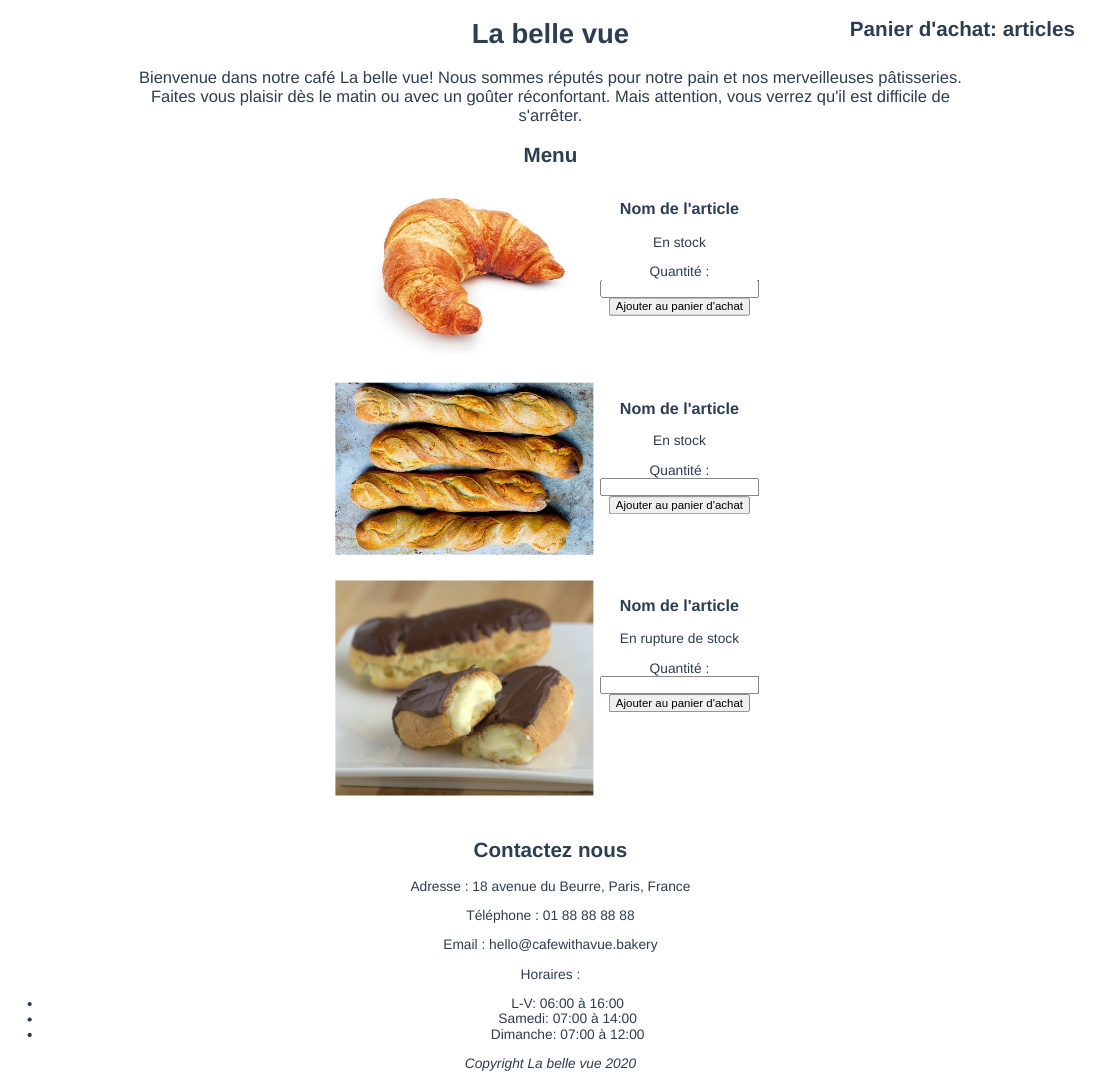
Repository: arione15/OC-tuto_cafe-avec-vue_Vue.js
Page: Partie 1 Créez votre première app Vue.js/Vue-fr-P1C4-Begin/cafe-with-a-vue/index.html
An editor plug-in stored every save of this project. The page is shown before and after the next save, followed by the edit.
The browser window is 1280 px wide. The pictures show the whole page, at 86% of full size.

Above is the page before, as saved 2021-09-06 16:34:30.

### Partie 1 Créez votre première app Vue.js/Vue-fr-P1C4-Begin/cafe-with-a-vue/index.html
<!DOCTYPE html>
<html lang="en">

<head>
	<meta charset="UTF-8" />
	<meta name="viewport" content="width=device-width, initial-scale=1.0" />
	<meta http-equiv="X-UA-Compatible" content="ie=edge" />
	<link rel="stylesheet" href="./styles.css" />
	<title>Cafe with a Vue</title>
</head>

<body>
	<div id="app" class="app">
		<h1>{{ restaurantName }}</h1>
		<p class="description">
			Bienvenue dans notre café {{ restaurantName }}! Nous sommes réputés pour
			notre pain et nos merveilleuses pâtisseries. Faites vous plaisir dès le
			matin ou avec un goûter réconfortant. Mais attention, vous verrez qu'il
			est difficile de s'arrêter.
		</p>

		<section class="menu">
			<h2>Menu</h2>
			<div v-for="item of simpleMenu" class="menu-item">
				<img
					class="menu-item__image"
					:src="item.image.source"
					:alt="item.image.alt"
				/>
				<div>
					<h3>Nom de l'article</h3>
					<p v-if="item.inStock">En stock</p>
					<p v-else>En rupture de stock</p>
					<div>
						<label for="add-item-quantity">Quantité :</label>
						<input id="add-item-quantity" type="number" />
						<button @click="addToShoppingCart()">Ajouter au panier d'achat</button>
					</div>
				</div>
			</div>
		</section>

		<aside class="shopping-cart">
			<h2>Panier d'achat: {{ nombre }} articles</h2>
		</aside>

		<h2>Contactez nous</h2>
		<p>Adresse : {{ address }}</p>
		<p>Téléphone : {{ phone }}</p>
		<p>Email : {{ email }}</p>
		<p>Horaires :</p>
		<ul>
			<li>L-V: 06:00 à 16:00</li>
			<li>Samedi: 07:00 à 14:00</li>
			<li>Dimanche: 07:00 à 12:00</li>
		</ul>

		<footer class="footer">
			<p>Copyright {{ restaurantName }} 2020</p>
		</footer>
	</div>

	<script src="https://cdn.jsdelivr.net/npm/vue/dist/vue.js"></script>
	<script>
		const app = new Vue({
			el: "#app",
			data: {
				address: "18 avenue du Beurre, Paris, France",
				email: "hello@cafewithavue.bakery",
				phone: "01 88 88 88 88",
				restaurantName: "La belle vue",
				simpleMenu: [
					{
						name: "Croissant",
						image: {
							source: "./images/croissant.jpg",
							alt: "Un croissant"
						},
						inStock: true,
						quantity: ''
					},
					{
						name: "Baguette de pain",
						image: {
							source: "./images/french-baguette.jpeg",
							alt: "Quatre baguettes de pain"
						},
						inStock: true,
						quantity: ''
					},
					{
						name: "Éclair",
						image: {
							source: "./images/eclair.jpg",
							alt: "Éclair au chocolat"
						},
						inStock: false,
						quantity: ''
					}
				]
			},
			computed: {
				copyright() {
					const currentYear = new Date().getFullYear();
					return `Copyright ${this.restaurantName} ${currentYear}`;
				}
			},
			methods: {
				addToShoppingCart(){
					let nombre = 0;
					nombre += this.quantity;
					return nombre;
				}
			}
		})
	</script>
</body>

</html>

### Partie 1 Créez votre première app Vue.js/Vue-fr-P1C4-Begin/cafe-with-a-vue/styles.css
.app {
  font-family: 'Avenir', Helvetica, Arial, sans-serif;
  -webkit-font-smoothing: antialiased;
  -moz-osx-font-smoothing: grayscale;
  text-align: center;
  color: #2c3e50;
}

.description {
  max-width: 960px;
  font-size: 1.2rem;
  margin: 0 auto;
}

.footer {
  text-align: center;
  font-style: italic;
}

.menu {
  display: flex;
  flex-direction: column;
  justify-content: center;
  align-items: center;
}

.menu-item {
  display: flex;
  width: 500px;
  justify-content: space-between;
  margin-bottom: 30px;
}

.menu-item__image {
  max-width: 300px;
}

.shopping-cart {
  position: absolute;
  right: 30px;
  top: 0;
}

After the next save:
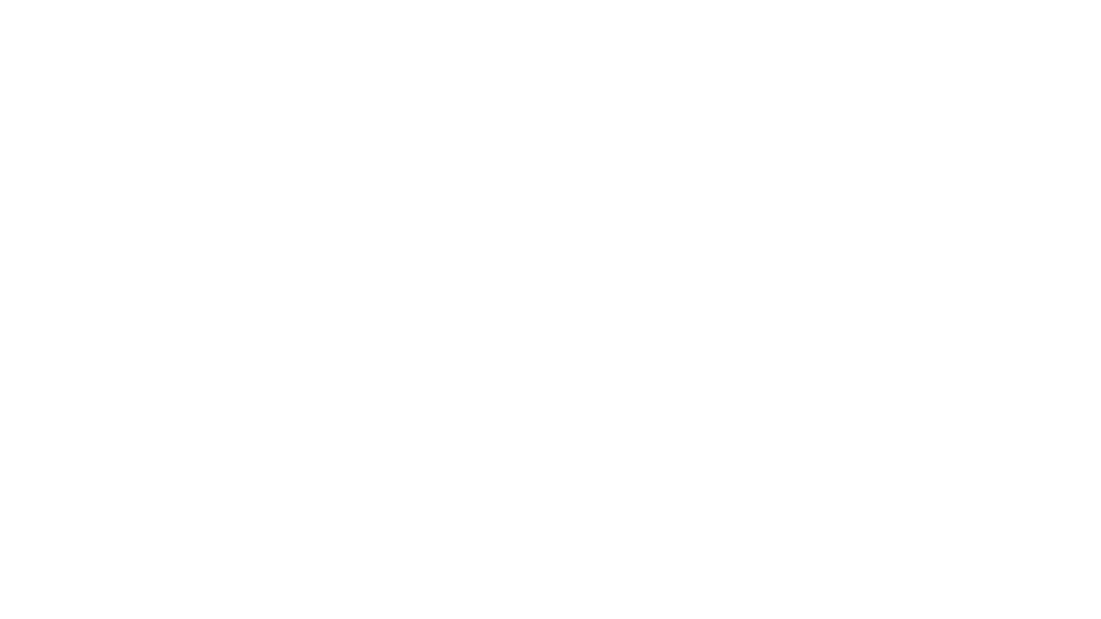
Saved 40 s later.
--- a/Partie 1 Créez votre première app Vue.js/Vue-fr-P1C4-Begin/cafe-with-a-vue/index.html
+++ b/Partie 1 Créez votre première app Vue.js/Vue-fr-P1C4-Begin/cafe-with-a-vue/index.html
@@ -33,7 +33,7 @@
 					<p v-else>En rupture de stock</p>
 					<div>
 						<label for="add-item-quantity">Quantité :</label>
-						<input id="add-item-quantity" type="number" />
+						<input v-model="" id="add-item-quantity" type="number" />
 						<button @click="addToShoppingCart()">Ajouter au panier d'achat</button>
 					</div>
 				</div>

After the save that followed:
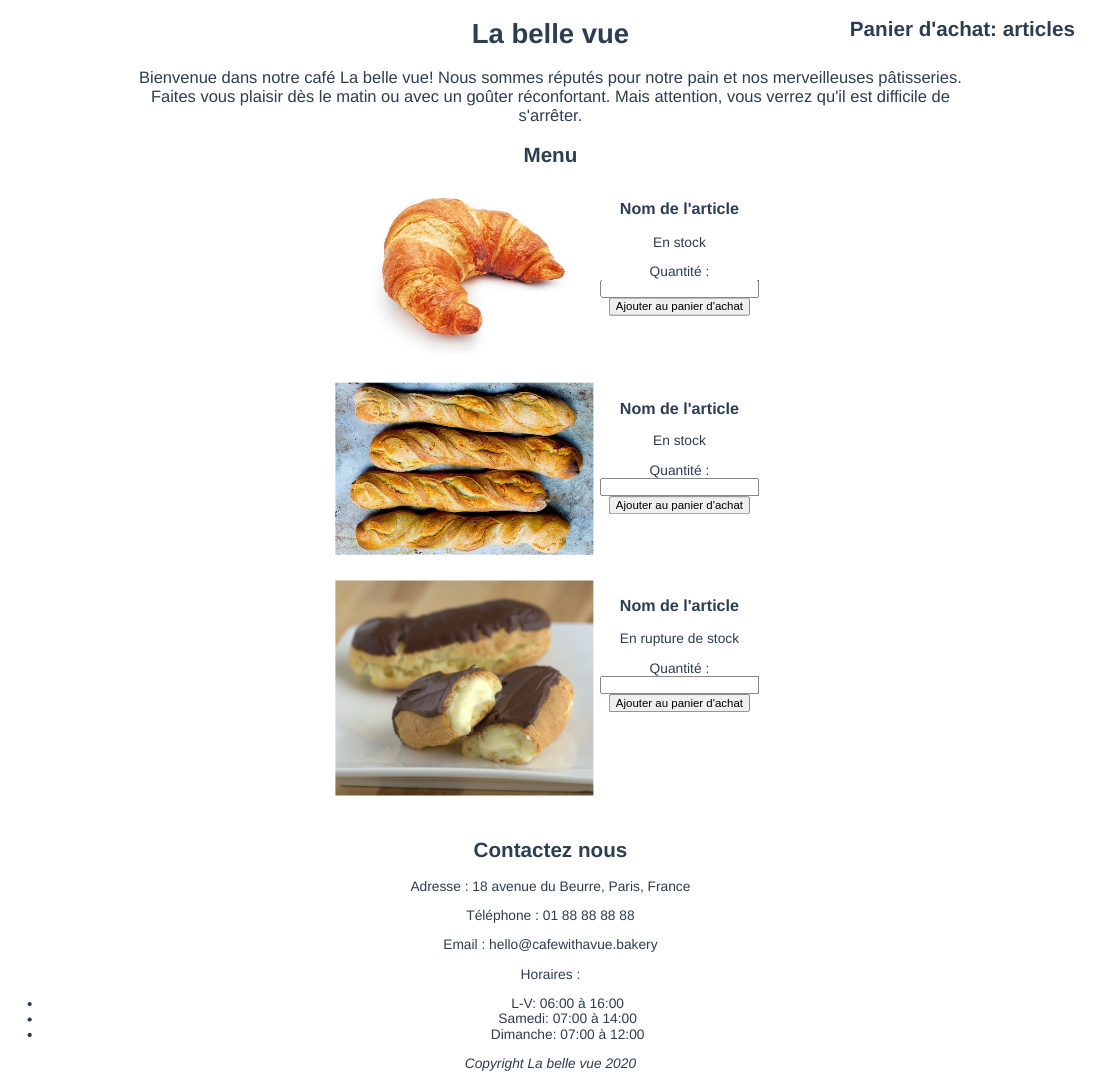
Saved 20 s later.
--- a/Partie 1 Créez votre première app Vue.js/Vue-fr-P1C4-Begin/cafe-with-a-vue/index.html
+++ b/Partie 1 Créez votre première app Vue.js/Vue-fr-P1C4-Begin/cafe-with-a-vue/index.html
@@ -33,7 +33,7 @@
 					<p v-else>En rupture de stock</p>
 					<div>
 						<label for="add-item-quantity">Quantité :</label>
-						<input v-model="" id="add-item-quantity" type="number" />
+						<input v-model="quantity" id="add-item-quantity" type="number" />
 						<button @click="addToShoppingCart()">Ajouter au panier d'achat</button>
 					</div>
 				</div>
